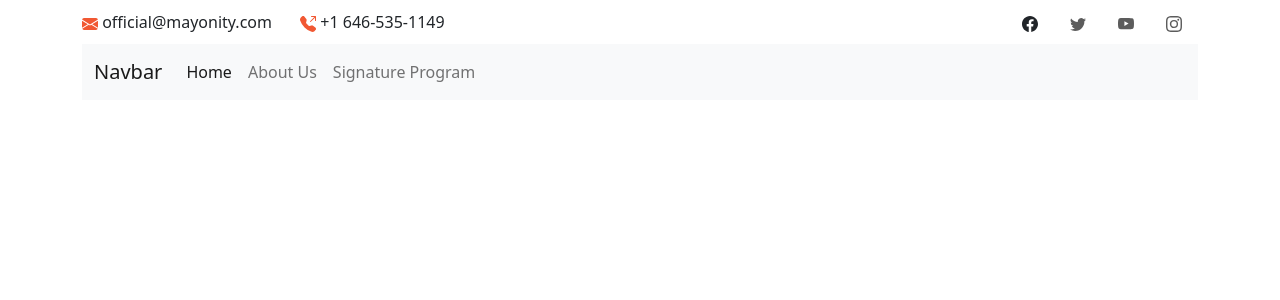
Repository: rizwan-zafar/wings
Page: /
An editor plug-in stored every save of this project. The page is shown before and after the next save, followed by the edit.
The browser window is 1280 px wide. The pictures show the whole page.
The project was rebuilt for these pictures with package versions that can differ from the ones it lists, and the page was loaded fresh each time.

Above is the page before, as saved 2022-11-25 22:59:42.

### public/index.html
<!DOCTYPE html>
<html lang="en">
  <head>
    <meta charset="utf-8" />
    <link rel="icon" href="%PUBLIC_URL%/favicon.ico" />
    <meta name="viewport" content="width=device-width, initial-scale=1" />
    <meta name="theme-color" content="#000000" />
    <meta
      name="description"
      content="Web site created using create-react-app"
    />
    <link rel="apple-touch-icon" href="%PUBLIC_URL%/logo192.png" />
    <!--
      manifest.json provides metadata used when your web app is installed on a
      user's mobile device or desktop. See https://developers.google.com/web/fundamentals/web-app-manifest/
    -->
    <link rel="manifest" href="%PUBLIC_URL%/manifest.json" />
    <!--
      Notice the use of %PUBLIC_URL% in the tags above.
      It will be replaced with the URL of the `public` folder during the build.
      Only files inside the `public` folder can be referenced from the HTML.

      Unlike "/favicon.ico" or "favicon.ico", "%PUBLIC_URL%/favicon.ico" will
      work correctly both with client-side routing and a non-root public URL.
      Learn how to configure a non-root public URL by running `npm run build`.
    -->
    <title>Wings</title>
  </head>
  <body>
    <noscript>You need to enable JavaScript to run this app.</noscript>
    <div id="root"></div>
    <!--
      This HTML file is a template.
      If you open it directly in the browser, you will see an empty page.

      You can add webfonts, meta tags, or analytics to this file.
      The build step will place the bundled scripts into the <body> tag.

      To begin the development, run `npm start` or `yarn start`.
      To create a production bundle, use `npm run build` or `yarn build`.
    -->
  </body>
</html>

### src/index.js
import React from 'react';
import ReactDOM from 'react-dom/client';
import './index.css';
import App from './App';
import "../node_modules/bootstrap/dist/css/bootstrap.min.css"
import "../node_modules/bootstrap/dist/js/bootstrap.min.js"

const root = ReactDOM.createRoot(document.getElementById('root'));
root.render(
  <React.StrictMode>
    <App />
  </React.StrictMode>
);

// If you want to start measuring performance in your app, pass a function
// to log results (for example: reportWebVitals(console.log))
// or send to an analytics endpoint. Learn more: https://bit.ly/CRA-vitals

### src/index.css
html {
  margin: 0;
  padding: 0;
  font-family: -apple-system, BlinkMacSystemFont, 'Segoe UI', 'Roboto', 'Oxygen',
    'Ubuntu', 'Cantarell', 'Fira Sans', 'Droid Sans', 'Helvetica Neue',
    sans-serif;
  -webkit-font-smoothing: antialiased;
  -moz-osx-font-smoothing: grayscale;
}
.icons{
  color:#f15833 ;
}
.social-icons{
  color:#000000a3
}

### src/App.js
import Home from "./Pages/Home"
function App() {
  return (

    <>
      <Home />
    </>

  );
}

export default App;

### src/Pages/Home.js
import React from 'react'
import TopNavbar from "../Components/Topnavbar"
import Navbar from "../Components/Navbar"
export default function Home() {
    return (
        <div>
            <TopNavbar />
            <Navbar />
        </div>
    )
}

### src/Components/Topnavbar.js
import React from 'react'
import "../Css/Topnav.css"
import { EnvelopeFill, TelephoneOutboundFill, Twitter, Youtube, Instagram, Facebook } from "react-bootstrap-icons"
export default function Topnavbar() {
    return (
        <div className="top-bar container d-flex justify-content-between">
            <div>
                <span> <EnvelopeFill className="icons" /> official@mayonity.com</span>
                <span className="set-padding p-4"> <TelephoneOutboundFill className="icons ml-3" /> +1 646-535-1149</span>
            </div>
            <div>
                <span className="p-3 social-icons-"><Facebook /></span>
                <span className="p-3 social-icons"><Twitter /></span>
                <span className="p-3 social-icons"><Youtube /></span>
                <span className="p-3 social-icons"><Instagram /></span>
            </div>
        </div>
    )
}

### src/Components/Navbar.js
import React from 'react'

export default function Navbar() {
    return (
        <div className="nav-container container">
        <nav className="navbar navbar-expand-lg bg-light">
  <div className="container-fluid">
    <a className="navbar-brand" href="/">Navbar</a>
    <button className="navbar-toggler" type="button" data-bs-toggle="collapse" data-bs-target="#navbarNav" aria-controls="navbarNav" aria-expanded="false" aria-label="Toggle navigation">
      <span className="navbar-toggler-icon"></span>
    </button>
    <div className="collapse navbar-collapse" id="navbarNav">
      <ul className="navbar-nav">
        <li className="nav-item">
          <a className="nav-link active" aria-current="page" href="/">Home</a>
        </li>
        <li className="nav-item">
          <a className="nav-link" href="/">About Us</a>
        </li>
        <li className="nav-item">
          <a className="nav-link" href="/">Signature Program</a>
        </li>

      </ul>
    </div>
  </div>
</nav>
        </div>
    )
}

### src/Css/Topnav.css
.top-bar{
background-color: #fff;
padding: 10px;
}

After the next save:
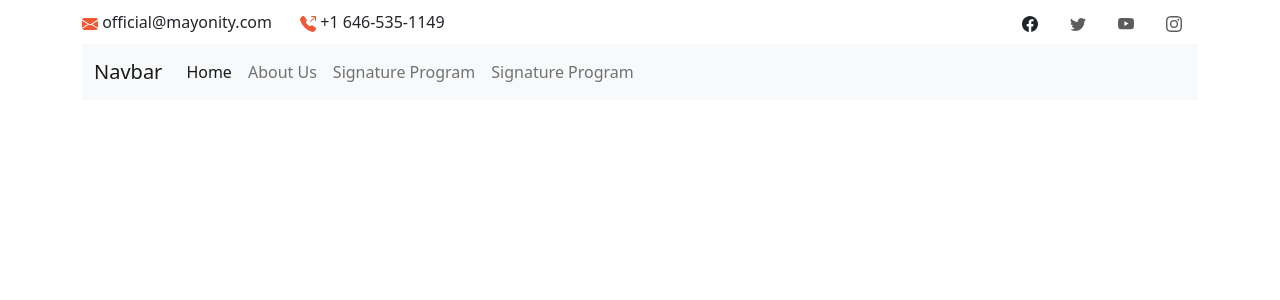
Saved 4 s later.
--- a/src/Components/Navbar.js
+++ b/src/Components/Navbar.js
@@ -20,6 +20,9 @@
         <li className="nav-item">
           <a className="nav-link" href="/">Signature Program</a>
         </li>
+        <li className="nav-item">
+          <a className="nav-link" href="/">Signature Program</a>
+        </li>
 
       </ul>
     </div>
